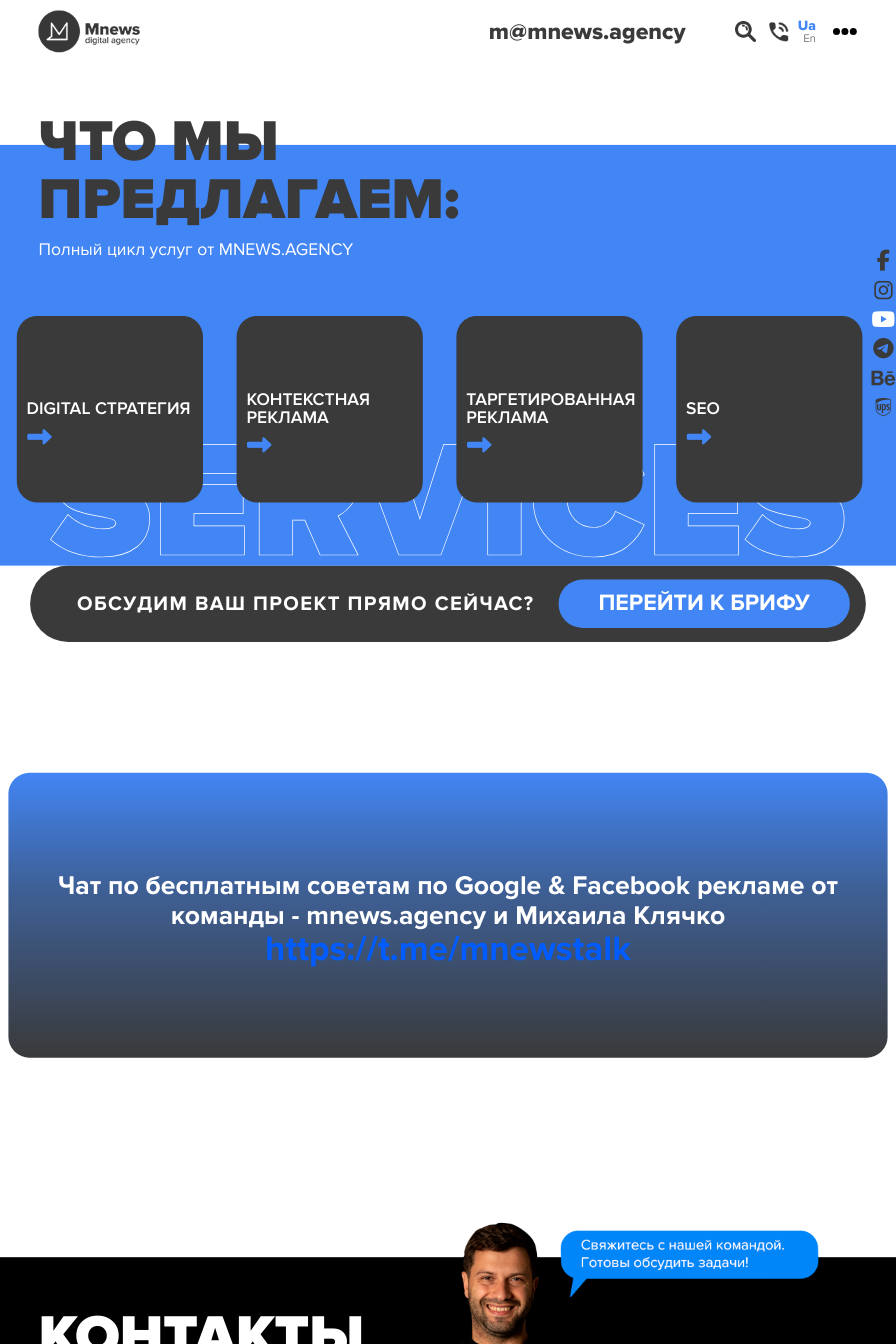
Repository: fanbear/Mnews
Page: services.html
These files come from the project's save history. The page is drawn as it stood at one moment and after the next save; the edit follows.
The browser window is 1280 px wide. The pictures show the part of the page from y = 0 to 1920 px (the page is 3161 px tall), at 70% of full size.
Some web libraries are served in a nearby version.

Above is the page before, as saved 2022-08-09 16:19:18.

After the next save:
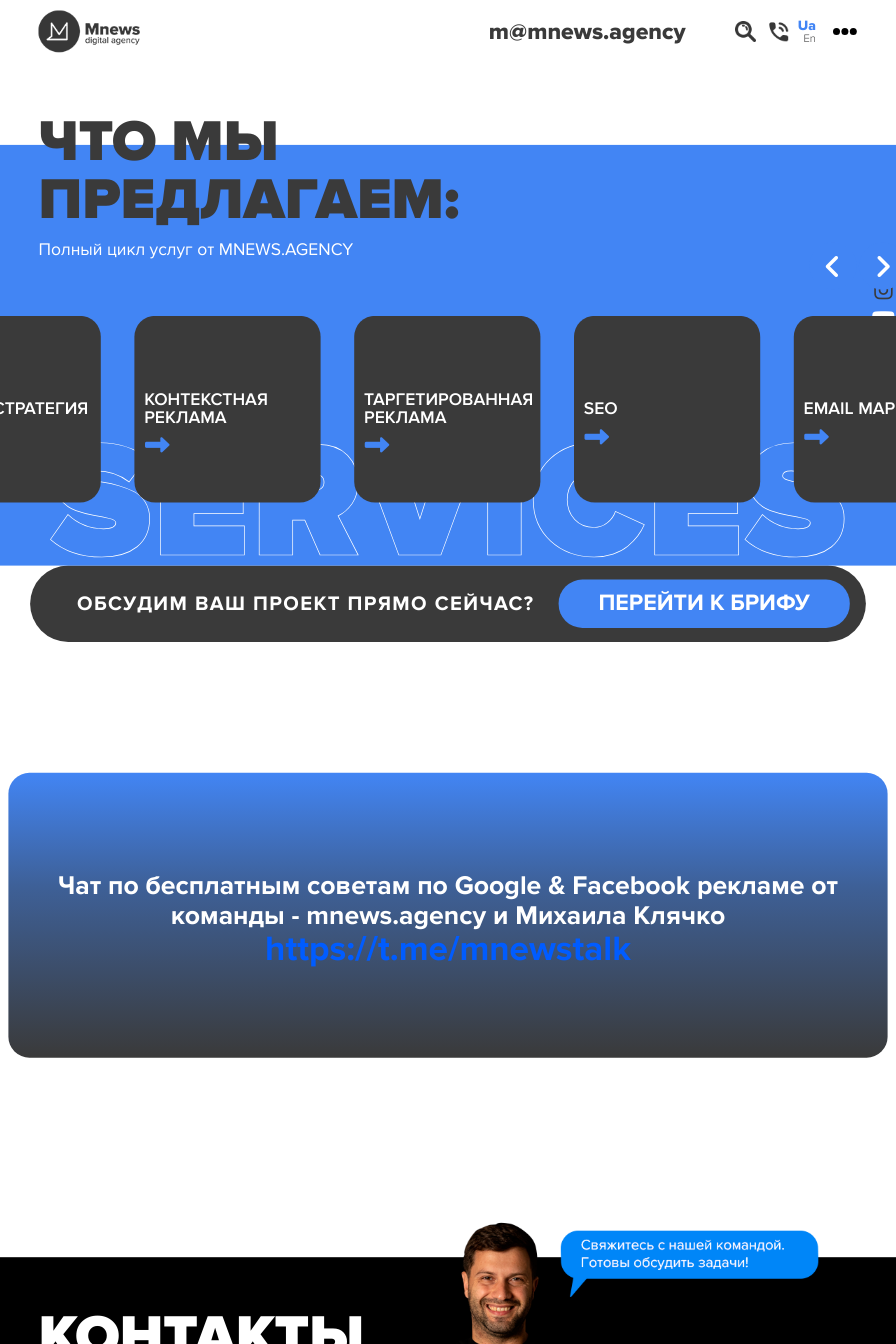
Saved 85 s later.
--- a/css/critical.css
+++ b/css/critical.css
@@ -567,6 +567,7 @@
 .slider-services {
     position: relative;
     z-index: 5;
+    margin-left: calc(80% - 1170px);
 }
 
 .slider-services .slick-list {
